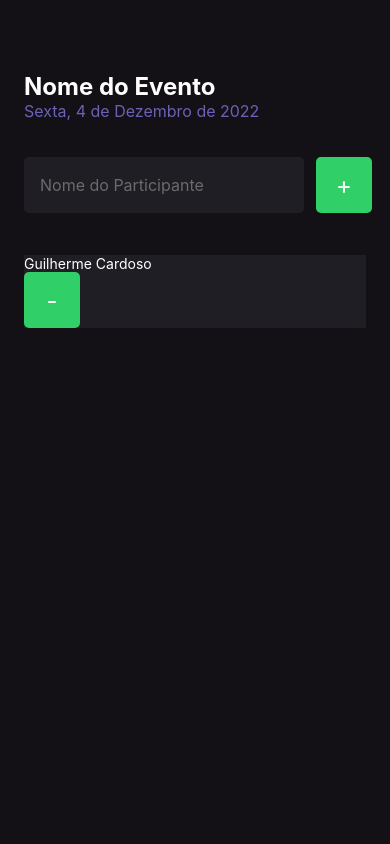
Repository: guilhermecardoso93/reactNative-ignite-imhere
Screen: /
An editor plug-in stored every save of this project. The screen is shown before and after the next save, followed by the edit.
The app was drawn by React Native's web renderer in a window 390 px wide. The project was rebuilt for these pictures with package versions that can differ from the ones it lists, and the page was loaded fresh each time.

Above is the screen before, as saved 2022-10-02 20:15:57.

After the next save:
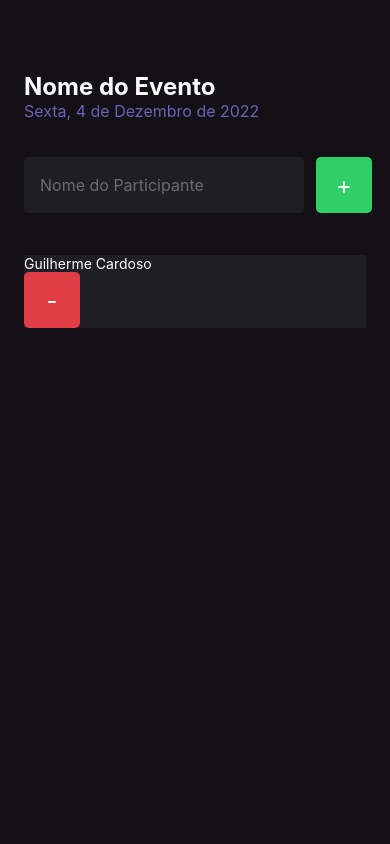
Saved 48 s later.
--- a/src/components/Participant/styles.ts
+++ b/src/components/Participant/styles.ts
@@ -2,17 +2,17 @@ import { StyleSheet } from "react-native";
 
 export const styles = StyleSheet.create({
   container: {
-    width: '100%',
-    backgroundColor: '#1f1e25',
+    width: "100%",
+    backgroundColor: "#1f1e25",
   },
-  name : {
-    color: '#fff',
+  name: {
+    color: "#fff",
   },
   button: {
     width: 56,
     height: 56,
     borderRadius: 5,
-    backgroundColor: "#31cf67",
+    backgroundColor: "#e23c44",
     alignItems: "center",
     justifyContent: "center",
   },
@@ -20,4 +20,4 @@ export const styles = StyleSheet.create({
     color: "#FFF",
     fontSize: 24,
   },
-})
+});
